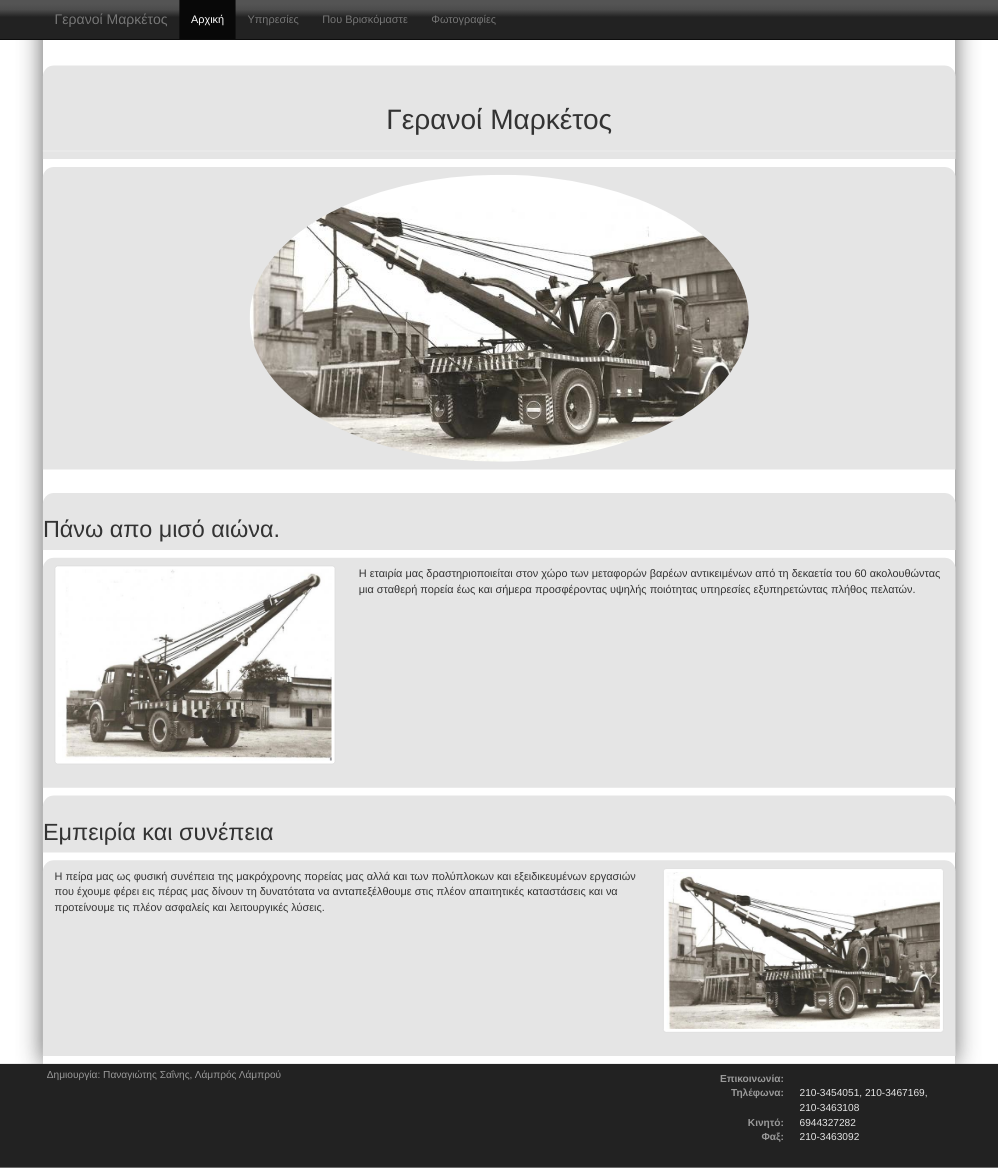
Repository: gadget69/marketos
Page: index.html
The author's editor kept a record of every edit. The page is drawn from the files as they stood at one moment, then again after the next edit.
The browser window is 1280 px wide. The pictures show the whole page, at 78% of full size.
Some web libraries are served in a nearby version.

Above is the page before.

After the next edit:
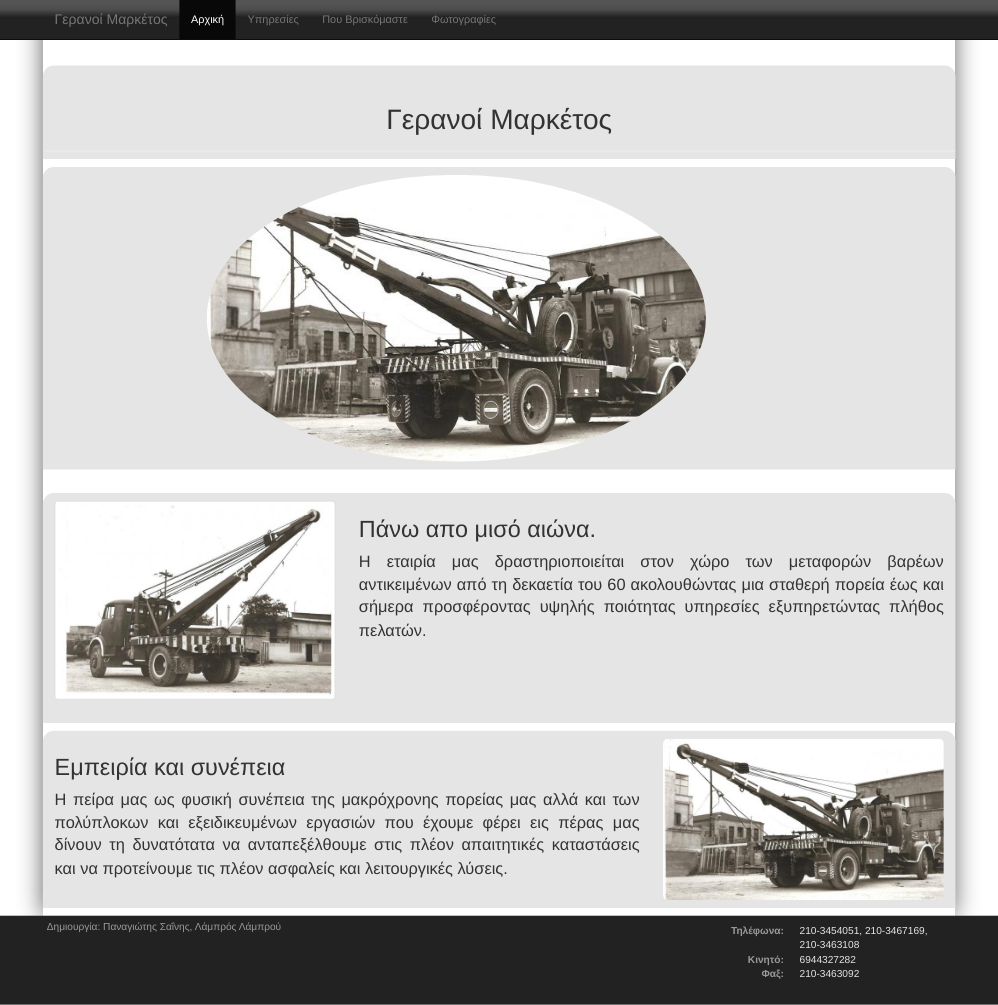
The edit:
--- a/index.html
+++ b/index.html
@@ -60,39 +60,36 @@
                 </div>
                 <div class="row  box-light">
                     <div class="col-md-8 col-md-offset-2">
-                        <img src="./img/topImage.jpg" alt="topImg" class="img-circle">
+                        <img class="img-responsive img-circle" src="./img/topImage.jpg">
                     </div>
                 </div>
             </div>
         </div>
-        <div class="row  box-light">
-            <h2>Πάνω απο μισό αιώνα.</h2>
-        </div>
-        <div class="row  box-light">
+        <div class="row featurette box-light">
             <div class="col-md-4">
                 <a href="#" class="thumbnail">
-                    <img data-src="./img/img1.jpg" alt="..." src="./img/img1.jpg">
+                    <img class="featurette-image img-responsive img-rounded" data-src="./img/img1.jpg" alt="..." src="./img/img1.jpg">
                 </a>
             </div>
             <div class="col-md-8">
-                <p>
+                <h2 class="featurette-heading">Πάνω απο μισό αιώνα.</h2>
+                <p class="lead">
                     Η εταιρία μας δραστηριοποιείται στον χώρο των μεταφορών βαρέων αντικειμένων από τη δεκαετία του 60 ακολουθώντας μια σταθερή πορεία έως και σήμερα προσφέροντας υψηλής ποιότητας υπηρεσίες εξυπηρετώντας πλήθος πελατών.
                 </p>
             </div>
         </div>
-        <div class="row box-light">
-            <h2>Εμπειρία και συνέπεια</h2>
-        </div>
-        <div class="row box-light">
+
+        <div class="row featurette box-light">
             <div class="col-md-8">
-                <p>
+                <h2 class="featurette-heading">Εμπειρία και συνέπεια</h2>
+                <p class="lead">
                     Η πείρα μας ως φυσική συνέπεια της μακρόχρονης πορείας μας αλλά και των πολύπλοκων και εξειδικευμένων εργασιών που έχουμε φέρει εις πέρας μας δίνουν τη δυνατότατα να ανταπεξέλθουμε στις πλέον απαιτητικές καταστάσεις και να προτείνουμε τις πλέον ασφαλείς και λειτουργικές λύσεις.
                 </p>
             </div>
             <div class="col-md-4">
-                <a href="#" class="thumbnail">
-                    <img data-src="./img/img2.jpg" alt="..." src="./img/img2.jpg">
-                </a>
+
+                <img class="featurette-image img-responsive img-rounded" data-src="holder.js/250x100%/auto" alt="500x500" alt="..." src="./img/img2.jpg">
+
             </div>
         </div>
     </div>
@@ -105,9 +102,7 @@
                 <div class="col-md-4 col-md-offset-4">
                     <div class="row">
                         <dl class="dl-horizontal">
-                        <dt>Επικοινωνία:</dt>
-                        <dd> </dd>
-                            <dt>Τηλέφωνα:</dt>
+                            <dt> Τηλέφωνα:</dt>
                             <dd>210-3454051, 210-3467169, 210-3463108</dd>
                             <dt>Κινητό:</dt>
                             <dd>6944327282</dd>
